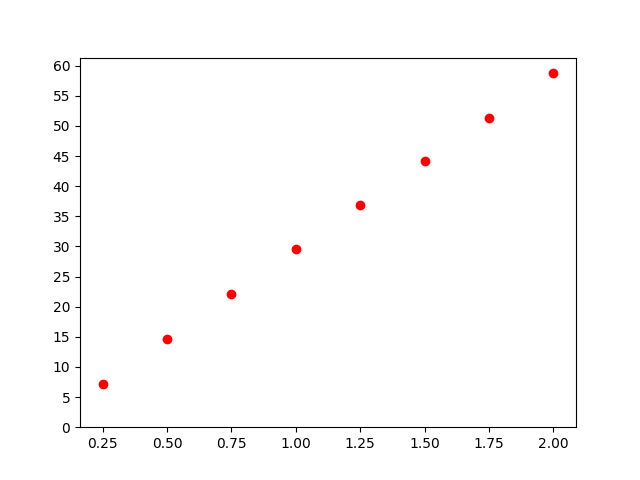
Repository: GreenSheep-Studio/PythonLearning
Script's output: python TableViwer.py
The author's editor kept a copy of each file at every save. The script's output is drawn from the files as they stood at one save, then again after the next save.
Random numbers start from a fixed seed.

Above is the script's output before, as saved 2023-11-01 14:23:03.

### TableViwer.py
import matplotlib.pyplot as plt
import numpy as np
Uh = [7.175,14.61,22.05,29.525,36.825,44.2,51.375,58.75]
Im = [0.25,0.5,0.75,1,1.25,1.5,1.75,2]
plt.scatter(Im, Uh, s=None, c='r', marker=None, label='Uh')
y_ticks = np.arange(0, 65, 5)
plt.yticks(y_ticks)
plt.show()

After the next save:
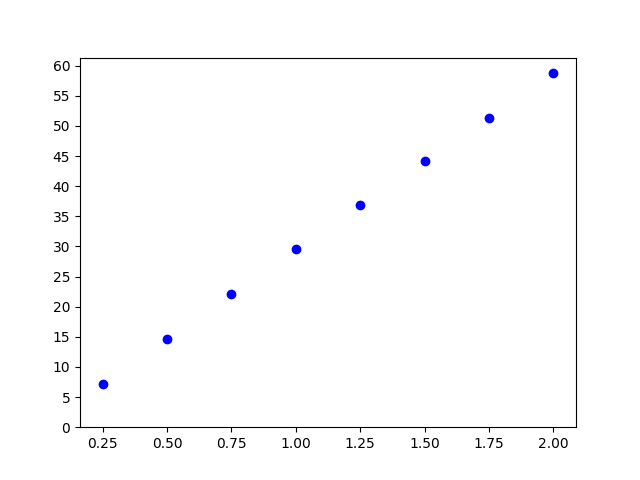
Saved 8 s later.
--- a/TableViwer.py
+++ b/TableViwer.py
@@ -2,7 +2,7 @@ import matplotlib.pyplot as plt
 import numpy as np
 Uh = [7.175,14.61,22.05,29.525,36.825,44.2,51.375,58.75]
 Im = [0.25,0.5,0.75,1,1.25,1.5,1.75,2]
-plt.scatter(Im, Uh, s=None, c='r', marker=None, label='Uh')
+plt.scatter(Im, Uh, s=None, c='b', marker=None, label='Uh')
 y_ticks = np.arange(0, 65, 5)
 plt.yticks(y_ticks)
 plt.show()
